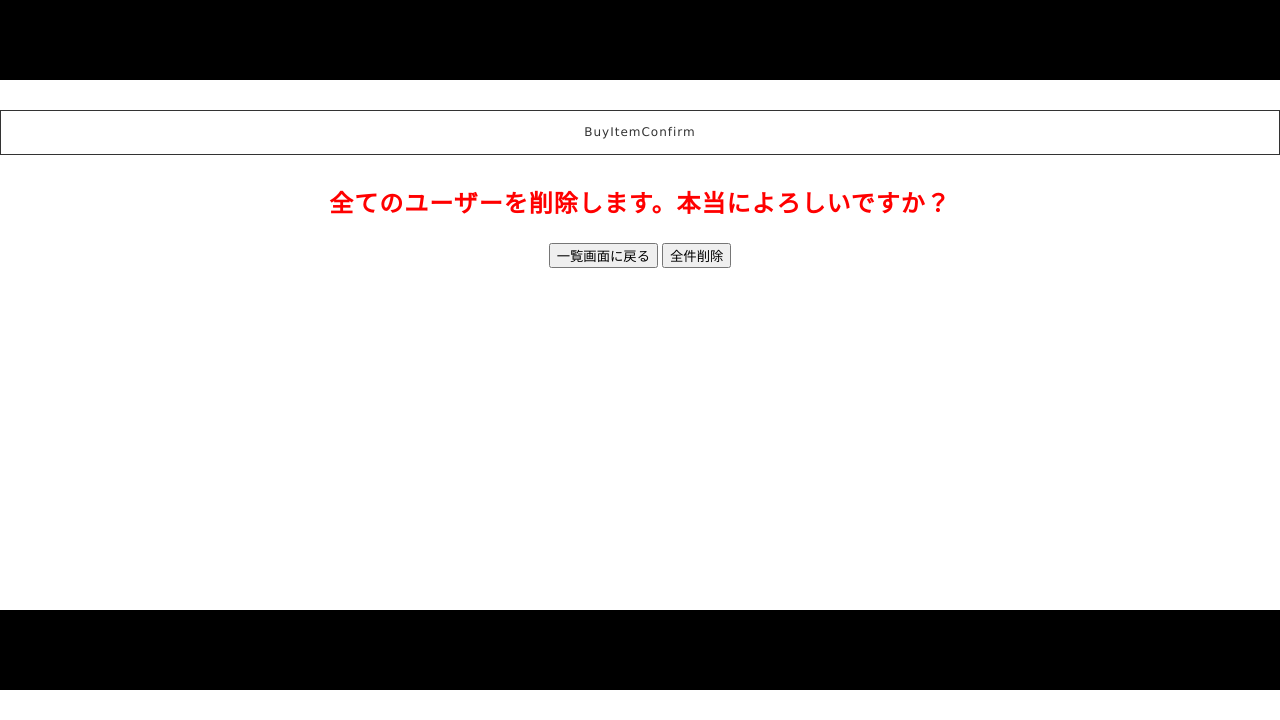
Repository: hirose0320/test
Page: http://localhost/ecsite2/userListDeleteConfirm.jsp
An editor plug-in stored every save of this project. The page is shown before and after a run of saves, followed by the edit.
The browser window is 1280 px wide. The pictures show the whole page.
Some web libraries are served in a nearby version. The page is served by Tomcat 9.

Above is the page before, as saved 2019-03-07 02:09:20.

After the next 2 saves:
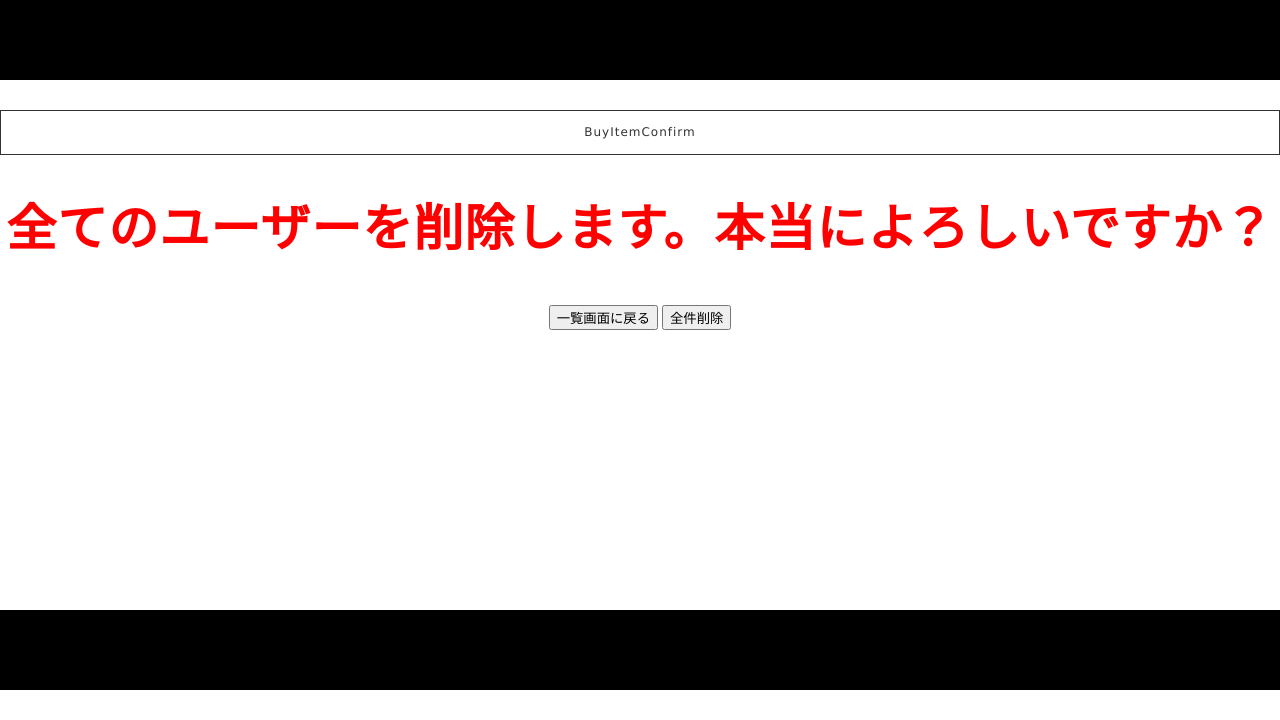
The 2 saves are shown as one change because they came seconds apart.
The last was saved 32 s later.
--- a/ecsite2/WebContent/userListDeleteConfirm.jsp
+++ b/ecsite2/WebContent/userListDeleteConfirm.jsp
@@ -32,7 +32,9 @@
 }
 
 h1{
-color:red;}
+color:red;
+font-size: 50px;
+}
 
 #top {
 	width: 780ox;
